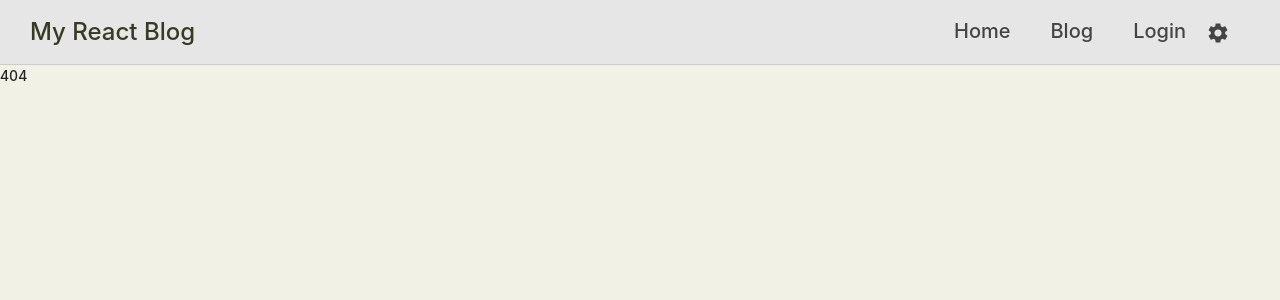
Repository: Kaycee-attah/react_blog
Page: /
The author's editor kept a copy of each file at every save. The page is drawn from the files as they stood at one save, then again after the next save.
The browser window is 1280 px wide. The pictures show the whole page.
The project was rebuilt for these pictures with package versions that can differ from the ones it lists, and the page was loaded fresh each time.

Above is the page before, as saved 2021-10-09 21:50:32.

After the next save:
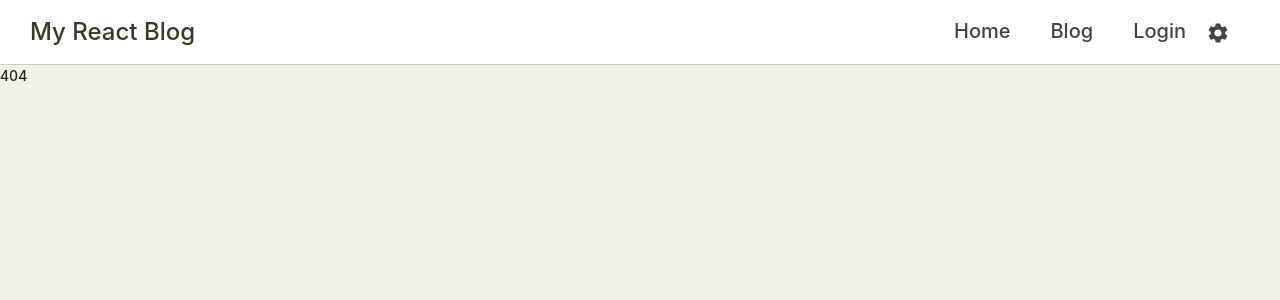
Saved 2 min 2 s later.
--- a/src/assets/scss/_variables.scss
+++ b/src/assets/scss/_variables.scss
@@ -5,7 +5,7 @@ $text-color: #65312F;
 $input-type-checkbox-Checked: #f8f8f8;
 $navigation-link-color-onHover: #2997ff;
 $navigation-link-color: #444;
-$navigation-background-color: #e6e6e6;
+$navigation-background-color: white;
 $settings-dropDown-Menu-Card-backGroundColor: #f8f8f8;
 $settings-dropDown-Menu-backGroundColor: white;
 $toggle-checkbox-darkMode-backgroundColor: #092c3e;
